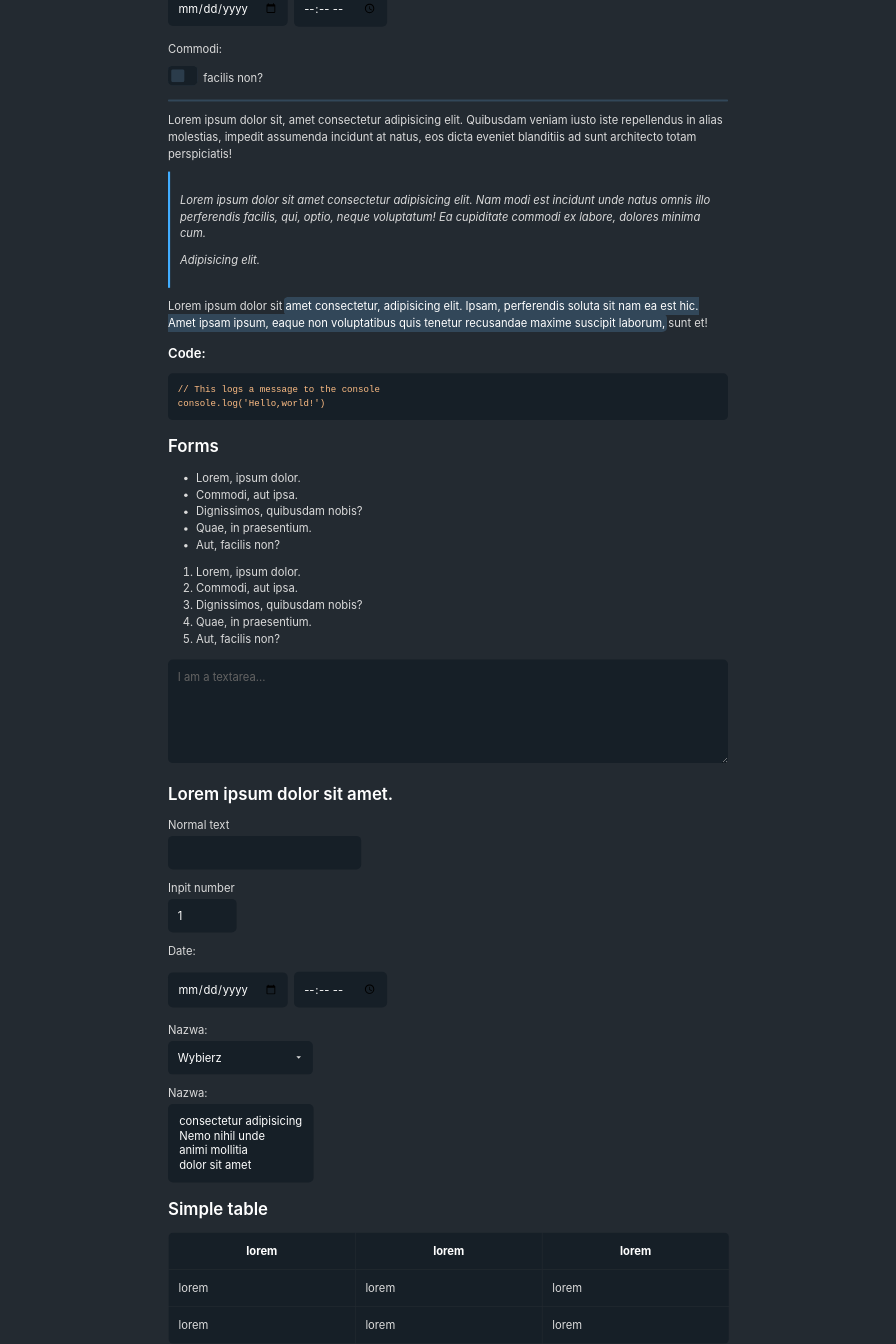
Repository: KozakBartosz/Draft
Page: index.html
These files come from the project's save history. The page is drawn as it stood at one moment and after the next save; the edit follows.
The browser window is 1280 px wide. The pictures show the part of the page from y = 1283 to 3203 px (the page is 6303 px tall before and 6247 px after), at 70% of full size.

Above is the page before, as saved 2019-04-12 13:50:23.

After the next save:
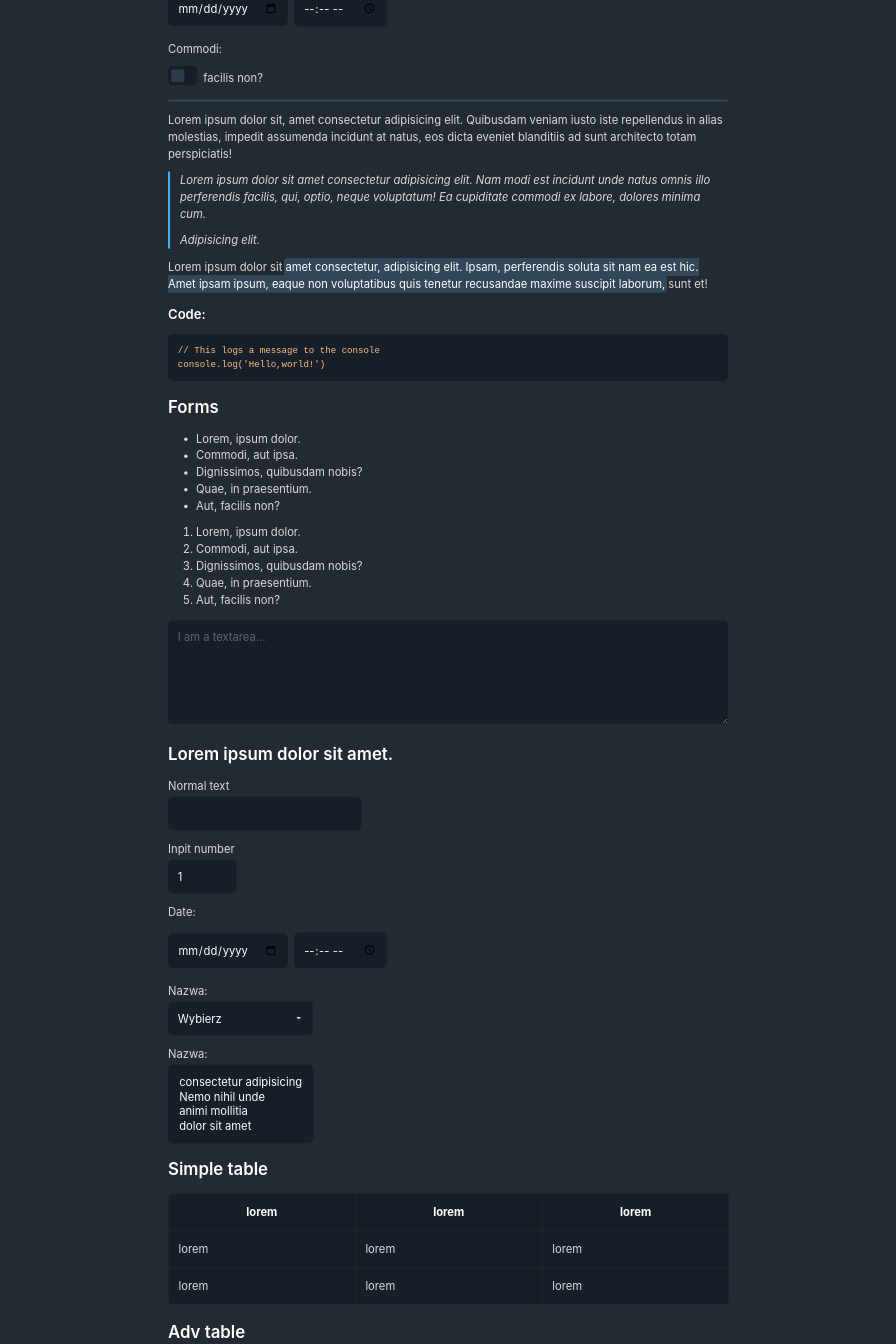
Saved 11 s later.
--- a/draft.css
+++ b/draft.css
@@ -336,7 +336,7 @@ cite,
 q {
 	display: block;
 	margin: var(--mainpaddng) 0;
-	padding: var(--mainpaddng);
+	padding: 0 var(--mainpaddng);
 	border-left: 3px solid var(--brand);
 }
 
